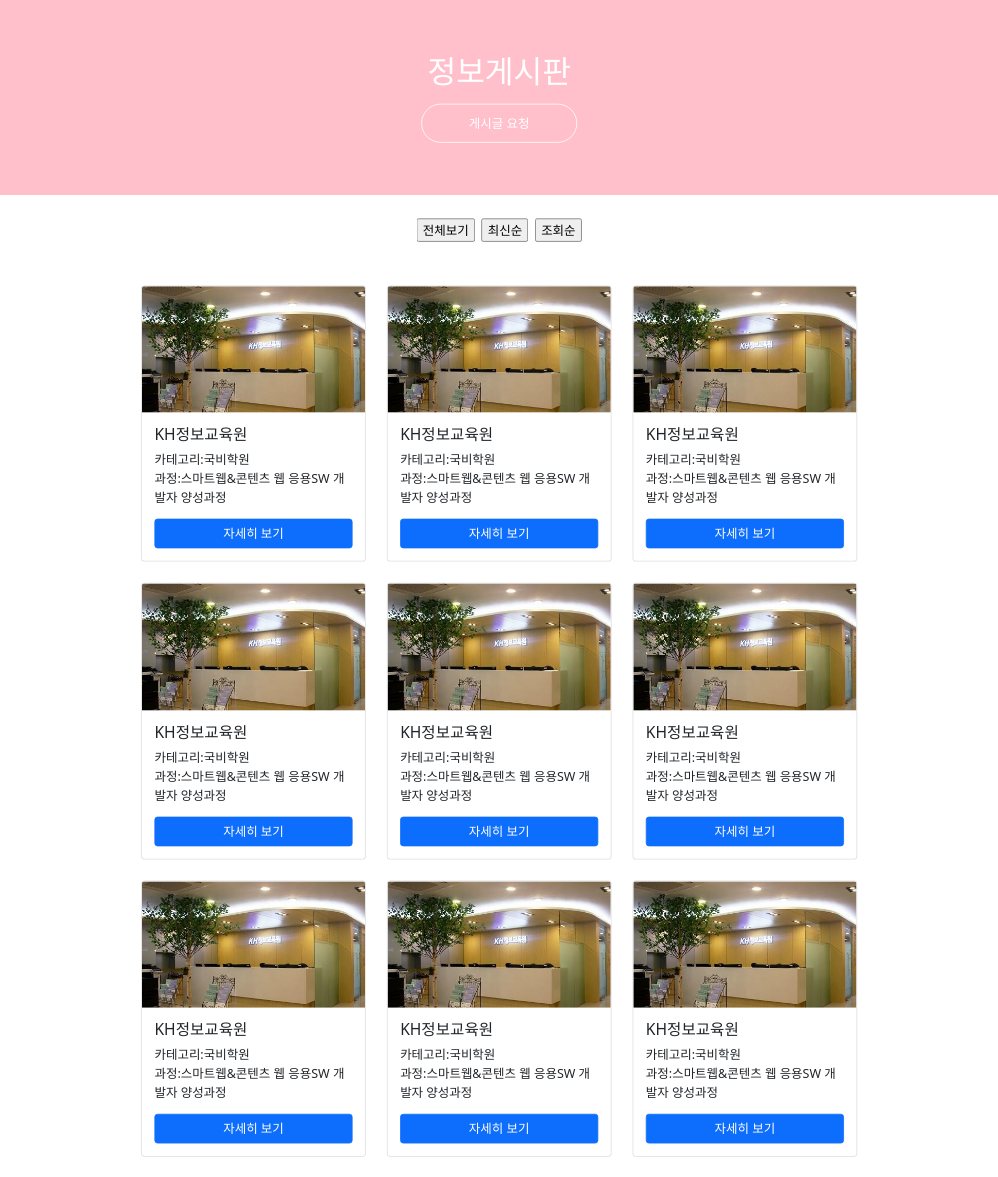
Repository: Pmyjava/mocosemi
Page: http://localhost/moco_SemiProject/WEB-INF/views/info/infoList.jsp
An editor plug-in stored every save of this project. The page is shown before and after the next save, followed by the edit.
The browser window is 1280 px wide. The pictures show the whole page, at 78% of full size.
The page is served by Tomcat 9. Nobody is signed in. The template is opened directly, without the code that normally fills it, so the values that code supplies are empty.

Above is the page before, as saved 2022-11-21 05:21:53.

After the next save:
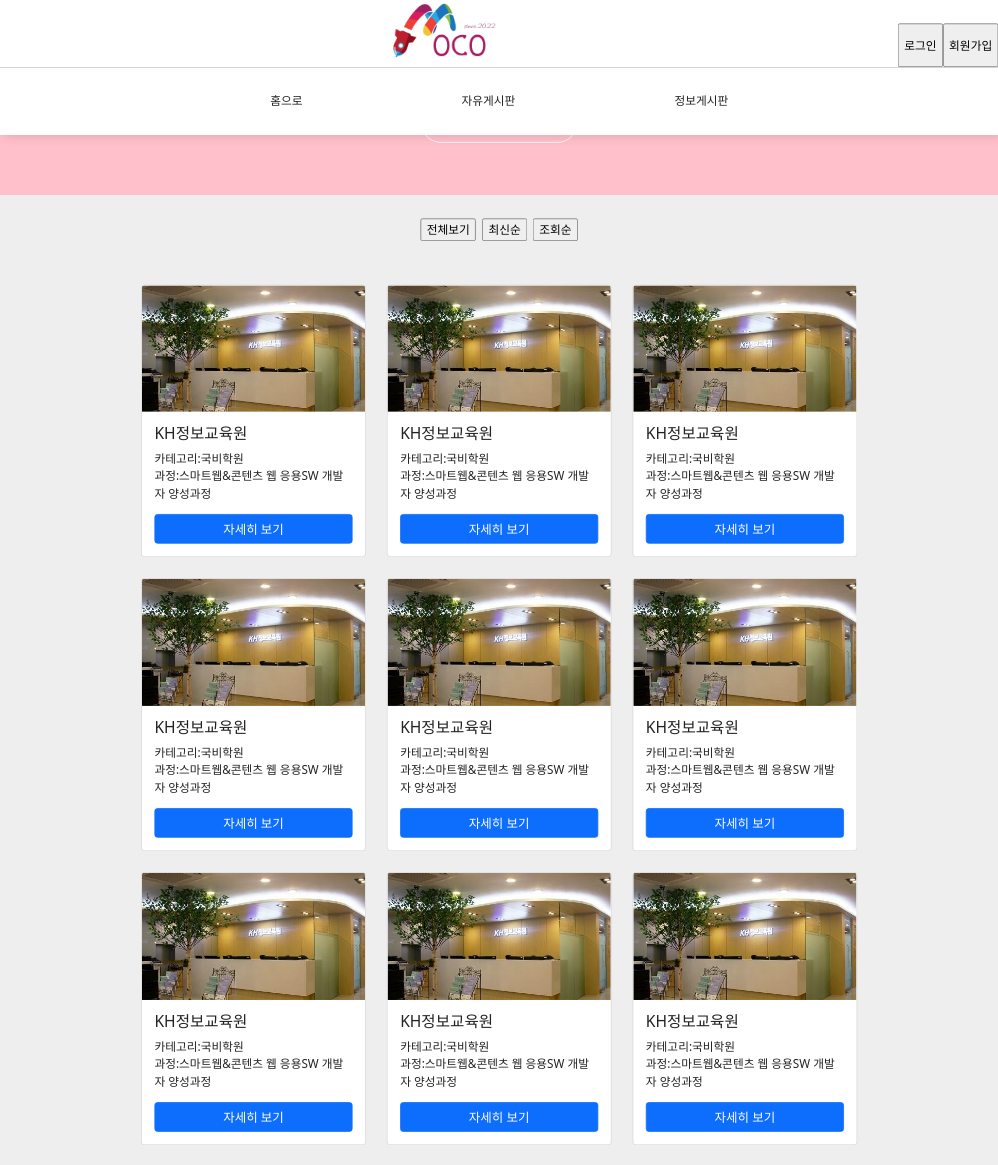
Saved 26 s later.
--- a/Semi_project2/moco_SemiProject/src/main/webapp/WEB-INF/views/info/infoList.jsp
+++ b/Semi_project2/moco_SemiProject/src/main/webapp/WEB-INF/views/info/infoList.jsp
@@ -83,6 +83,9 @@
 
 
 <body>
+	<header>
+    	<jsp:include page="/WEB-INF/views/main/nav.jsp"/>
+    </header>
 	<div class='infomation'>
 		<h1>정보게시판</h1>
 		<button>게시글 요청</button>
